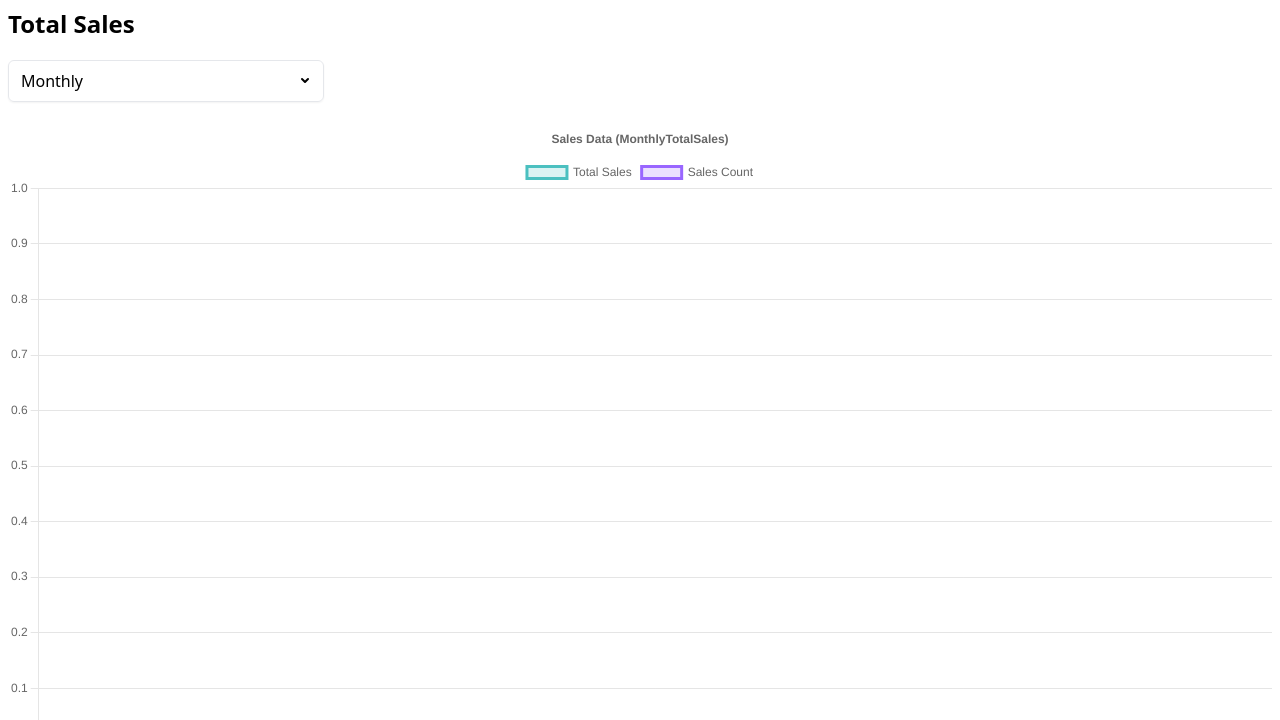
Repository: Qu4ntumGuy/visualize-it
Page: / (app in frontend/)
The author's editor kept a copy of each file at every save. The page is drawn from the files as they stood at one save, then again after the next save.
The browser window is 1280 px wide. The pictures show the whole page.
The page's requests for data from a server got no answer. An inner scrolling area shows only its first screen. The project was rebuilt for these pictures with package versions that can differ from the ones it lists, and the page was loaded fresh each time. No one was signed in, and anything a server would have sent is missing.

Above is the page before, as saved 2024-08-19 16:38:46.

### frontend/src/App.js
import axios from "axios";
import TotalSales from "./Components/TotalSales";
import { useEffect, useState } from "react";
import Dropdown from "./Components/Dropdown";
import GrowthRate from "./Components/GrowthRate";

function App() {
  const [data, setData] = useState([]);
  // const [dataType, setDataType] = useState("monthly");
  const [chartData, setChartData] = useState([]);
  const [inputType, setInputType] = useState("monthlyTotalSales");

  const handleSelect = (option) => {
    setInputType(option);
  };

  const fetchGrowthRateData = async () => {
    try {
      const response = await axios.get("http://localhost:8000/api/growthRate");
      // console.log(response.data.data);
      setChartData(response.data.data);
    } catch (error) {
      console.error(error);
    }
  };

  const fetchSalesData = async () => {
    try {
      const response = await axios.get(
        `http://localhost:8000/api/${inputType}`
      );
      // console.log(response.data.data);
      setData(response.data.data);
    } catch (error) {
      console.error(error);
    }
  };

  useEffect(() => {
    fetchSalesData();
    fetchGrowthRateData();
  }, [inputType]);

  return (
    <div className="h-screen overflow-hidden">
      <div className="h-screen overflow-y-auto p-2 max-w-7xl mx-auto">
        <div>
          <div className=" text-2xl font-semibold">Total Sales</div>
          <div className=" w-1/4 my-5">
            <Dropdown
              options={[
                { value: "monthlyTotalSales", label: "Monthly" },
                { value: "dailyTotalSales", label: "Daily" },
                { value: "quarterlyTotalSales", label: "Quarterly" },
                { value: "yearlyTotalSales", label: "Yearly" },
              ]}
              onSelect={handleSelect}
            />
          </div>
          <TotalSales dataType={inputType} fetchedData={data} />
        </div>
        <div className="my-10">
          <div className="text-2xl font-semibold mb-5">Sales Growth Rate</div>
          <GrowthRate fetchedData={chartData} />
        </div>
      </div>
    </div>
  );
}

export default App;

### frontend/src/Components/TotalSales.js
import React from "react";
import { Line } from "react-chartjs-2";
import {
  Chart as ChartJS,
  CategoryScale,
  LinearScale,
  PointElement,
  LineElement,
  Title,
  Tooltip,
  Legend,
} from "chart.js";

// Register the necessary components with Chart.js
ChartJS.register(
  CategoryScale,
  LinearScale,
  PointElement,
  LineElement,
  Title,
  Tooltip,
  Legend
);

const TotalSales = ({ dataType, fetchedData }) => {
  // console.log(dataType);
  const salesData = fetchedData;
  console.log(salesData);

  const labels = salesData.map((item) =>
    dataType === "dailyTotalSales"
      ? `${item._id.day}/${item._id.month}/${item._id.year}`
      : dataType === "monthlyTotalSales"
      ? `${item._id.month}/${item._id.year}`
      : dataType === "quarterlyTotalSales"
      ? `${item._id.quarter} ${item._id.year}`
      : `${item._id.year}`
  );

  const data = {
    labels,
    datasets: [
      {
        label: "Total Sales",
        data: salesData.map((item) => item.totalSales),
        borderColor: "rgba(75, 192, 192, 1)",
        backgroundColor: "rgba(75, 192, 192, 0.2)",
        fill: true,
        tension: 0.3,
      },
      {
        label: "Sales Count",
        data: salesData.map((item) => item.count),
        borderColor: "rgba(153, 102, 255, 1)",
        backgroundColor: "rgba(153, 102, 255, 0.2)",
        fill: true,
        tension: 0.3,
      },
    ],
  };

  const options = {
    responsive: true,
    plugins: {
      legend: {
        position: "top",
      },
      title: {
        display: true,
        text: `Sales Data (${
          dataType.charAt(0).toUpperCase() + dataType.slice(1)
        })`,
      },
    },
    scales: {
      y: {
        beginAtZero: true,
      },
    },
  };

  return <Line data={data} options={options} />;
};

export default TotalSales;

### frontend/src/Components/Dropdown.js
import React, { useState, useEffect, useRef } from "react";

const Dropdown = ({ options, onSelect }) => {
  const [isOpen, setIsOpen] = useState(false);
  const [selectedOption, setSelectedOption] = useState(options[0] || null);
  const dropdownRef = useRef(null);

  const handleSelectOption = (option) => {
    setSelectedOption(option);
    onSelect(option.value);
    setIsOpen(false);
  };

  const handleClickOutside = (event) => {
    if (dropdownRef.current && !dropdownRef.current.contains(event.target)) {
      setIsOpen(false);
    }
  };

  useEffect(() => {
    document.addEventListener("click", handleClickOutside, true);
    return () => {
      document.removeEventListener("click", handleClickOutside, true);
    };
  }, []);

  return (
    <div ref={dropdownRef} className="relative h-full">
      <button
        onClick={() => setIsOpen(!isOpen)}
        className={`inline-flex w-full justify-between border h-full items-center p-2 px-3 rounded-md shadow-sm  focus:outline-none `}
      >
        {selectedOption ? selectedOption.label : "Select an option"}
        <svg
          className="-mr-1 ml-2 h-5 w-5"
          xmlns="http://www.w3.org/2000/svg"
          viewBox="0 0 20 20"
          fill="currentColor"
          aria-hidden="true"
        >
          <path
            fillRule="evenodd"
            d="M6.293 7.293a1 1 0 011.414 0L10 9.586l2.293-2.293a1 1 0 111.414 1.414l-3 3a1 1 0 01-1.414 0l-3-3a1 1 0 010-1.414z"
            clipRule="evenodd"
          />
        </svg>
      </button>

      {isOpen && (
        <div
          className={`bg-gray-300 text-black origin-top-right absolute right-0 mt-2 w-full rounded-md shadow-lg focus:outline-none z-10`}
        >
          <div
            className=""
            role="menu"
            aria-orientation="vertical"
            aria-labelledby="options-menu"
          >
            {options.map((option) => (
              <button
                key={option.value}
                onClick={() => handleSelectOption(option)}
                className={`block w-full text-left px-4 py-2 h-11 hover:bg-gray-200 focus:outline-none`}
                role="menuitem"
              >
                {option.label}
              </button>
            ))}
          </div>
        </div>
      )}
    </div>
  );
};

export default Dropdown;

### frontend/src/Components/GrowthRate.js
import React, { useEffect, useState } from "react";
import { Line } from "react-chartjs-2";
import Chart from "chart.js/auto";
import axios from "axios";
import ChartDataLabels from "chartjs-plugin-datalabels";

import {
  Chart as ChartJS,
  CategoryScale,
  LinearScale,
  PointElement,
  LineElement,
  Title,
  Tooltip,
  Legend,
} from "chart.js";

// Register the necessary components with Chart.js
ChartJS.register(
  CategoryScale,
  LinearScale,
  PointElement,
  LineElement,
  Title,
  Tooltip,
  Legend
  //   ChartDataLabels
);

const GrowthRate = ({ fetchedData }) => {
  console.log(fetchedData);

  const labels = fetchedData.map(
    (item) => `${item.year}-${item.month || item.quarter}`
  );

  const growthRates = fetchedData.map((item) => item.salesGrowthRate);

  const colors = growthRates.map((rate) =>
    rate >= 0 ? "rgba(75, 192, 192, 1)" : "rgba(255, 99, 132, 1)"
  );

  const data = {
    labels,
    datasets: [
      {
        label: "Sales Growth Rate",
        data: growthRates,
        segment: {
          borderColor: (ctx) => colors[ctx.p0DataIndex],
          backgroundColor: (ctx) => colors[ctx.p0DataIndex],
        },
        fill: false,
        tension: 0.4,
        pointHoverRadius: 7,
        borderWidth: 2,
      },
    ],
  };

  const options = {
    scales: {
      y: {
        beginAtZero: true,
        title: {
          display: true,
          text: "Growth Rate (%)",
          font: {
            size: 16,
          },
        },
      },
      x: {
        title: {
          display: true,
          text: "Time Period",
          font: {
            size: 16,
          },
        },
      },
    },
    plugins: {
      legend: {
        display: true,
        position: "top",
        labels: {
          boxWidth: 20,
          font: {
            size: 14,
          },
        },
      },
      tooltip: {
        callbacks: {
          label: function (context) {
            let label = context.dataset.label || "";
            if (label) {
              label += ": ";
            }
            label += `${context.parsed.y.toFixed(2)}%`;
            return label;
          },
        },
      },
    },
  };

  return (
    <div>
      {/* <Line data={data} />;
       */}

      <Line data={data} options={options} />
    </div>
  );
};

export default GrowthRate;

Loaded but not shown: frontend/public/index.html (common file); frontend/src/index.js (common file); frontend/src/index.css (common file); frontend/src/reportWebVitals.js (common file); frontend/tailwind.config.js (common file)

After the next save:
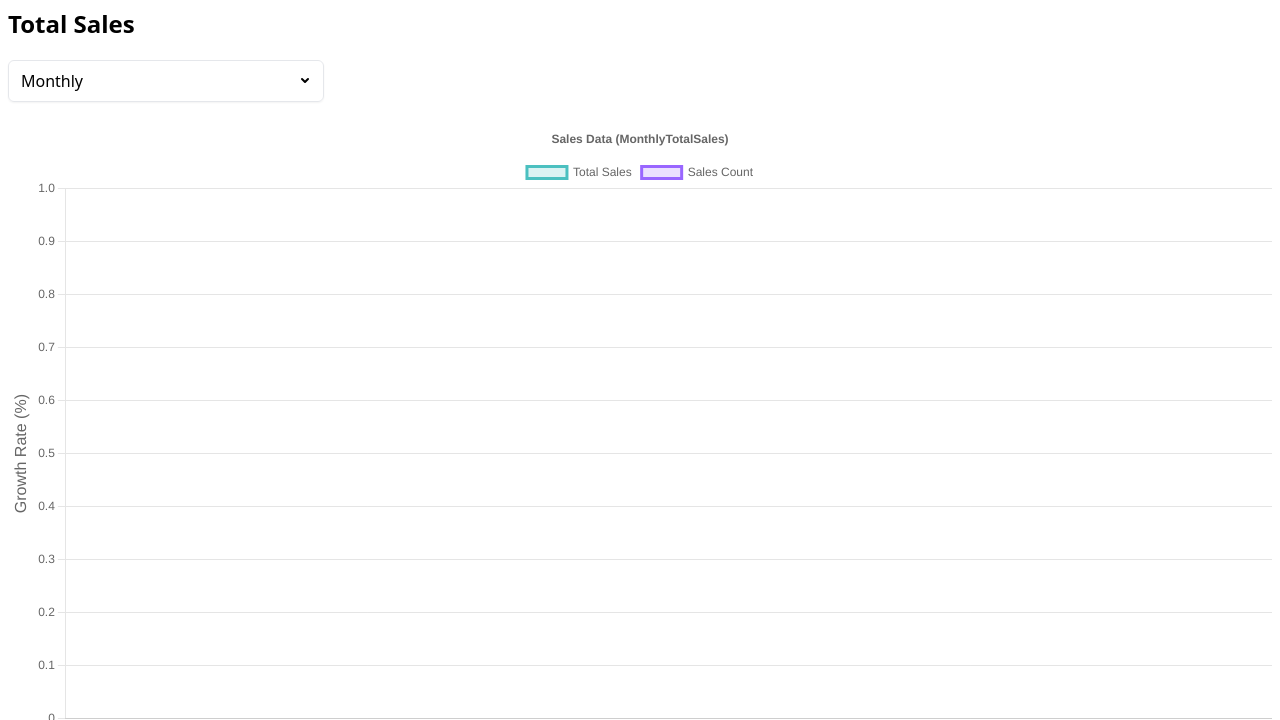
Saved 64 s later.
--- a/frontend/src/Components/TotalSales.js
+++ b/frontend/src/Components/TotalSales.js
@@ -72,9 +72,30 @@ const TotalSales = ({ dataType, fetchedData }) => {
         })`,
       },
     },
+    // scales: {
+    //   y: {
+    //     beginAtZero: true,
+    //   },
+    // },
     scales: {
       y: {
         beginAtZero: true,
+        title: {
+          display: true,
+          text: "Growth Rate (%)",
+          font: {
+            size: 16,
+          },
+        },
+      },
+      x: {
+        title: {
+          display: true,
+          text: "Time Period",
+          font: {
+            size: 16,
+          },
+        },
       },
     },
   };
